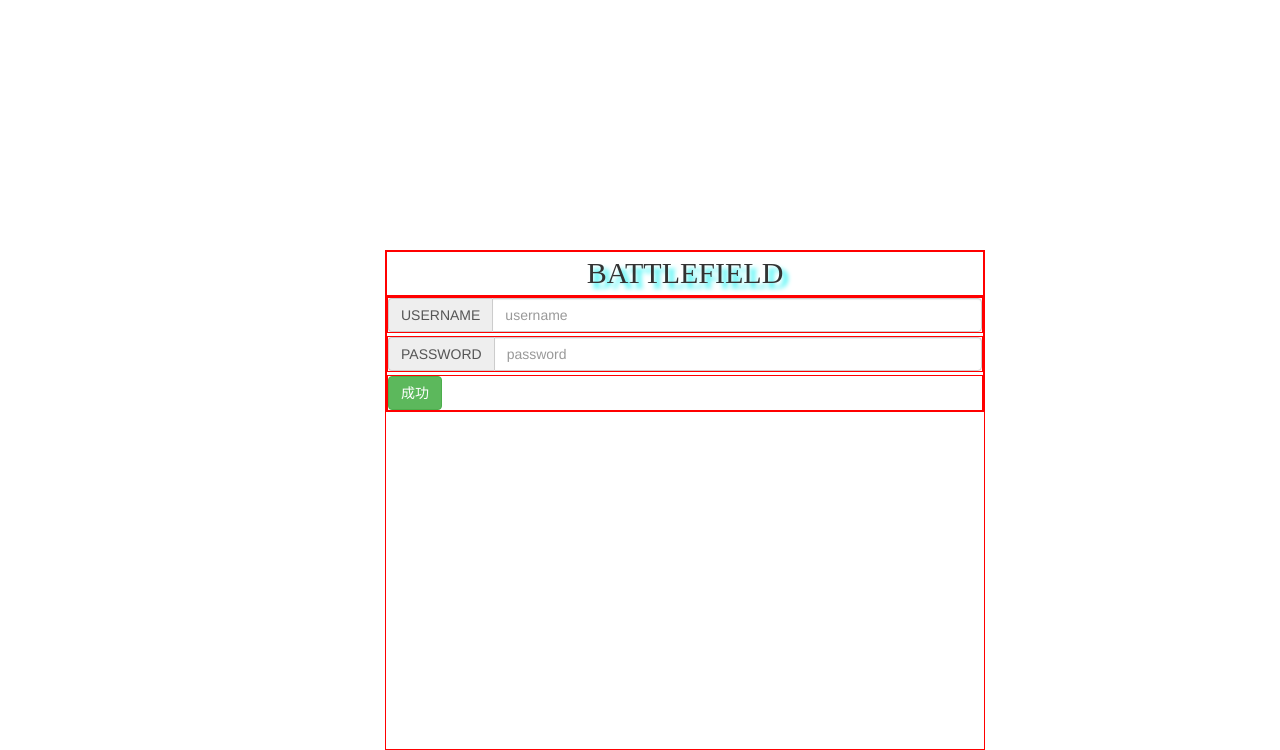
Repository: Tuzijing/Battlefield
Page: http://localhost/static/views/login/login.php
These files come from the project's save history. The page is drawn as it stood at one moment and after the next save; the edit follows.
The browser window is 1280 px wide. The pictures show the whole page.
The page is run by PHP 8.4 with error messages shown; the project is at /var/www/html/.

Above is the page before, as saved 2018-07-11 16:12:11.

After the next save:
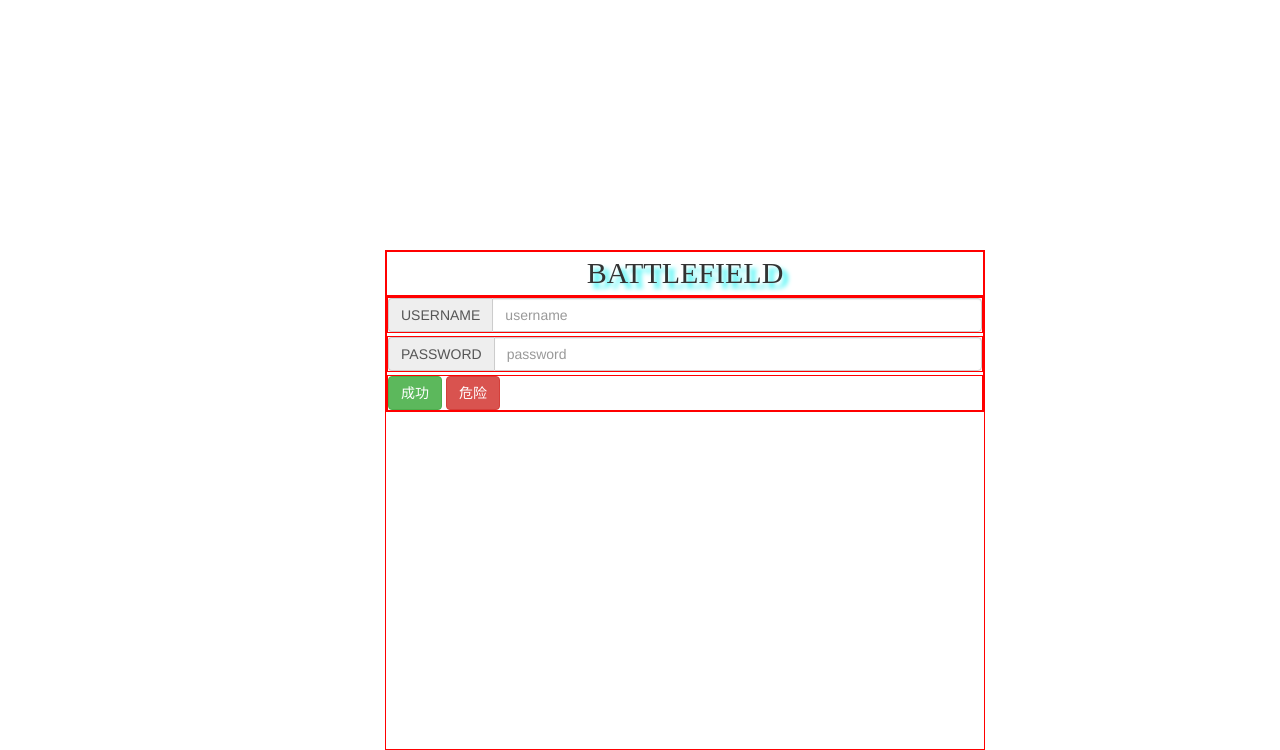
Saved 63 s later.
--- a/BattlefieldWebP/static/views/login/login.php
+++ b/BattlefieldWebP/static/views/login/login.php
@@ -41,6 +41,7 @@
 					</div>
 					<div id="login_btn">
 						<button type="button" class="btn btn-success">成功</button>
+						<button type="button" class="btn btn-danger">危险</button>
 					</div>
 				</form>
 			</div>
